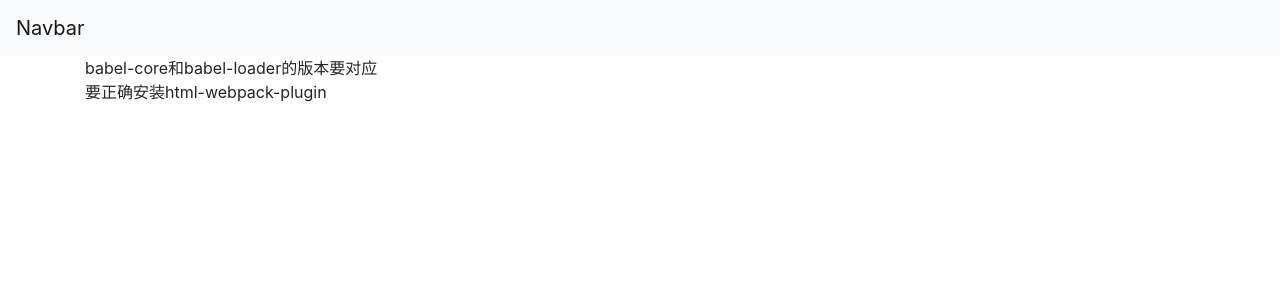
Repository: gudufun/gudufun.github.io
Page: pages/vue/vue-huan-jing-da-jian-cai-keng.html
These files come from the project's save history. The page is drawn as it stood at one moment and after the next save; the edit follows.
The browser window is 1280 px wide. The pictures show the whole page.

Above is the page before, as saved 2018-12-06 20:03:44.
Console error: TypeError: Cannot read properties of undefined (reading 'fn')

### pages/vue/vue-huan-jing-da-jian-cai-keng.html
<!DOCTYPE html>
<html>

<head>
    <meta charset="utf-8" />
    <meta http-equiv="X-UA-Compatible" content="IE=edge">
    <title>孤独典范</title>
    <meta name="viewport" content="width=device-width, initial-scale=1">
    <link rel="stylesheet" href="./css/bootstrap/bootstrap.min.css">
</head>

<body>
    <nav class="navbar navbar-expand-lg navbar-light bg-light">
        <a class="navbar-brand" href="#">Navbar</a>
        <!--
            <button class="navbar-toggler" type="button" data-toggle="collapse" data-target="#navbarNavAltMarkup"
                aria-controls="navbarNavAltMarkup" aria-expanded="false" aria-label="Toggle navigation">
                <span class="navbar-toggler-icon"></span>
            </button>
            <div class="collapse navbar-collapse" id="navbarNavAltMarkup">
                <div class="navbar-nav">
                    <a class="nav-item nav-link active" href="/pages/vue.html">Vue</a>
                </div>
            </div>
        -->
    </nav>
    <div class="container">
        <ul class="list-unstyled">
            <li>babel-core和babel-loader的版本要对应</li>
            <li>要正确安装html-webpack-plugin</li>
            </ul>

    </div>
</body>
<script src="./js/bootstrap/bootstrap.min.js"></script>

</html>

Loaded but not shown: css/bootstrap/bootstrap.min.css (library); js/bootstrap/bootstrap.min.js (library)

After the next save:
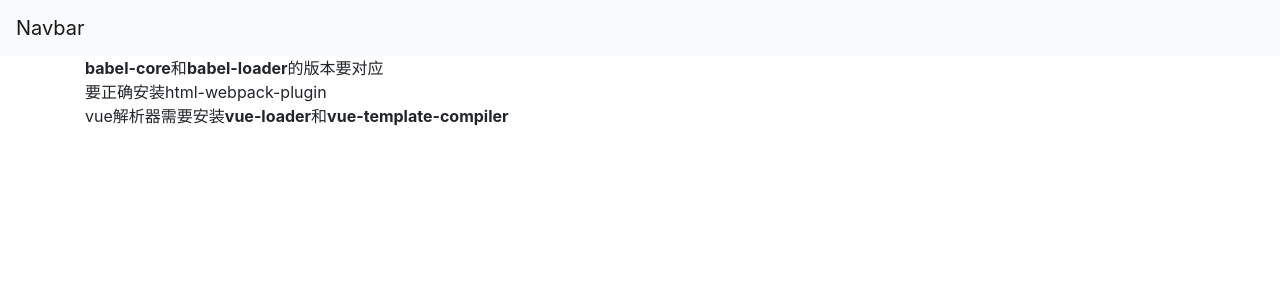
Saved 117 s later.
--- a/pages/vue/vue-huan-jing-da-jian-cai-keng.html
+++ b/pages/vue/vue-huan-jing-da-jian-cai-keng.html
@@ -26,8 +26,9 @@
     </nav>
     <div class="container">
         <ul class="list-unstyled">
-            <li>babel-core和babel-loader的版本要对应</li>
+            <li><b>babel-core</b>和<b>babel-loader</b>的版本要对应</li>
             <li>要正确安装html-webpack-plugin</li>
+            <li>vue解析器需要安装<b>vue-loader</b>和<b>vue-template-compiler</b></li>
             </ul>
 
     </div>
